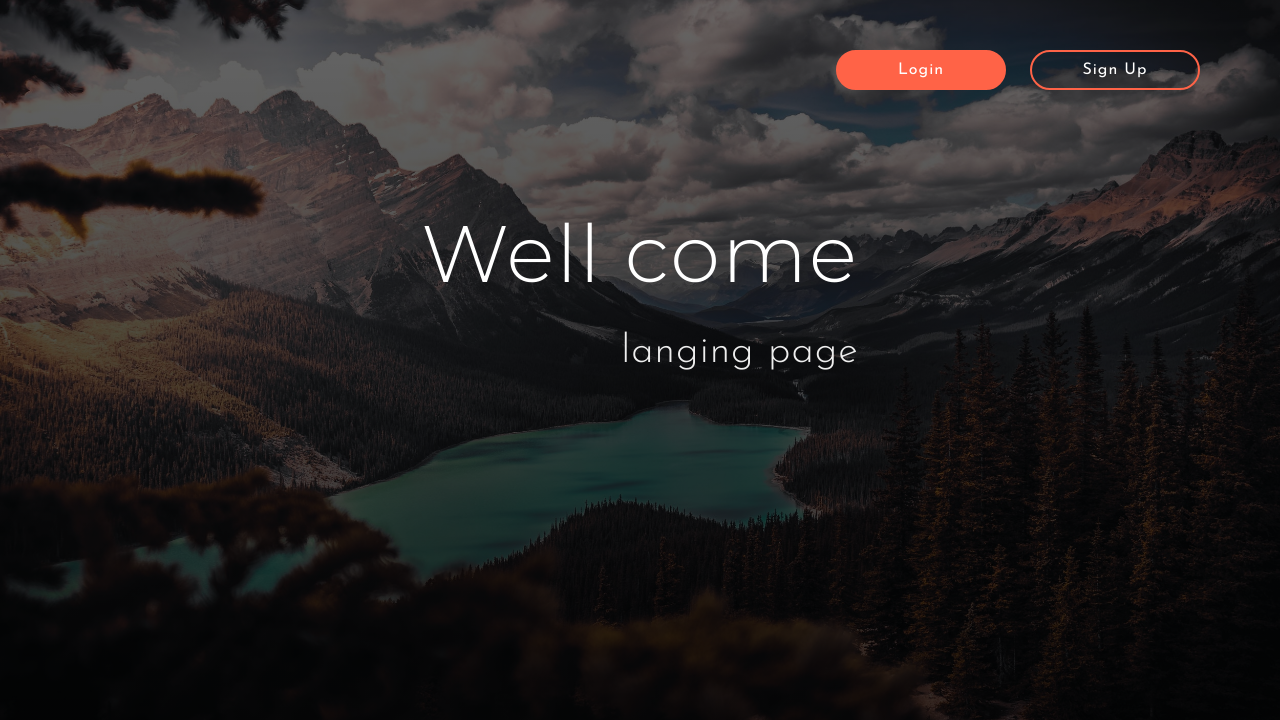
Repository: motamedipour2022/javascript_project
Page: model_form1/index.html
The author's editor kept a copy of each file at every save. The page is drawn from the files as they stood at one save, then again after the next save.
The browser window is 1280 px wide. The pictures show the whole page.
Some web libraries are served in a nearby version.

Above is the page before, as saved 2022-12-20 12:13:49.

After the next save:
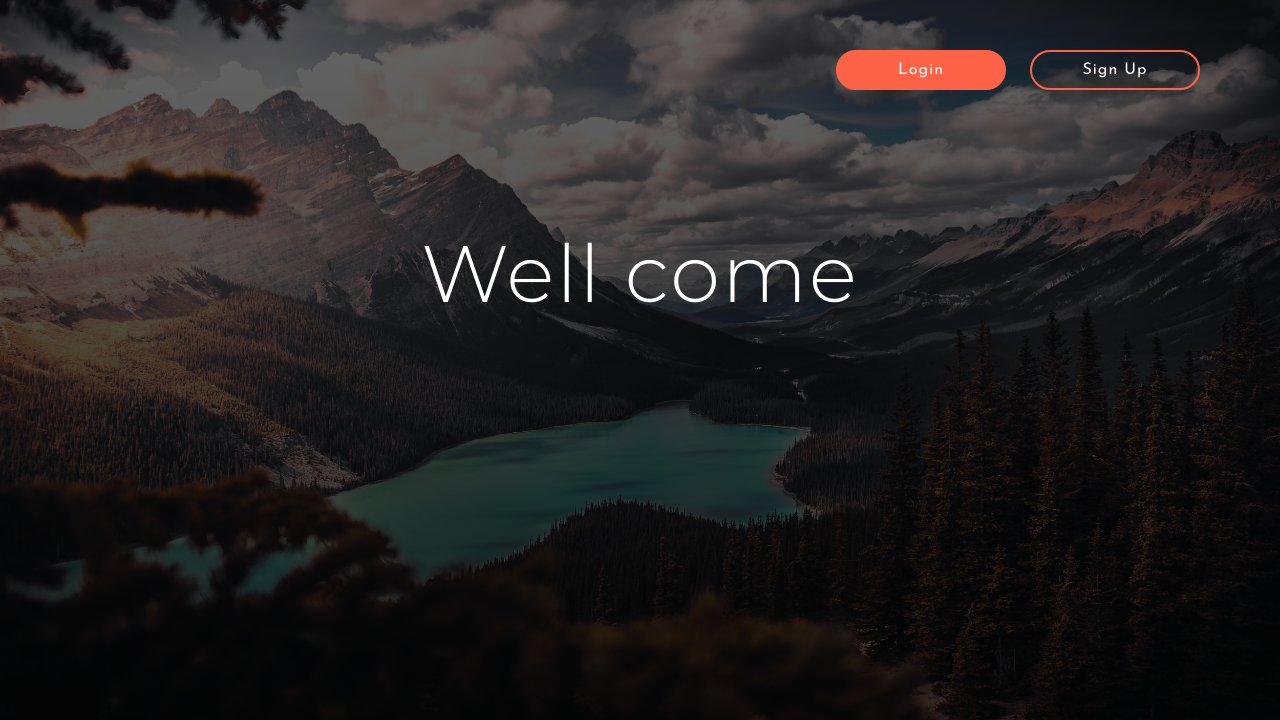
Saved 9 s later.
--- a/model_form1/index.html
+++ b/model_form1/index.html
@@ -21,7 +21,7 @@
     <div class="container">
       <div class="banner-text">
         <h1>Well come </h1>
-        <p>langing page </p>
+        <p></p>
       </div>
       <div class="btns">
         <button class="btn login-btn">Login</button>
